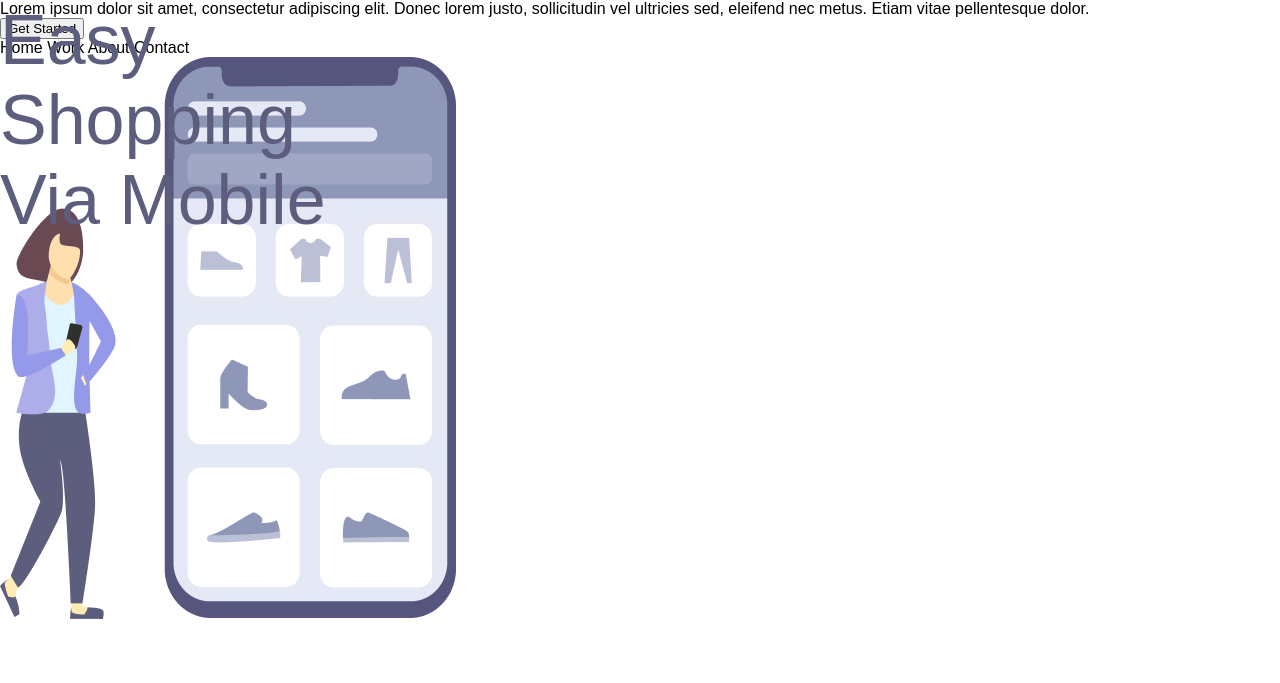
Repository: Leo-Marques-882/Projeto-Git-2
Page: index.html
These files come from the project's save history. The page is drawn as it stood at one moment and after the next save; the edit follows.
The browser window is 1280 px wide. The pictures show the whole page.

Above is the page before, as saved 2023-03-06 22:28:09.

### index.html
<!DOCTYPE html>
<html lang="pt_br">

<head>
    <meta charset="UTF-8">
    <meta http-equiv="X-UA-Compatible" content="IE=edge">
    <meta name="viewport" content="width=device-width, initial-scale=1.0">
    <link rel="stylesheet" href="styless.css">
    <link rel="preconnect" href="https://fonts.googleapis.com">
    <link rel="preconnect" href="https://fonts.gstatic.com" crossorigin>
    <title>Projeto 1</title>
</head>

<body>
    <div>
        <section>
            <h1>Easy Shopping Via Mobile</h1>
            <p>Lorem ipsum dolor sit amet, consectetur adipiscing
                elit. Donec lorem justo, sollicitudin vel ultricies sed,
                eleifend nec metus. Etiam vitae pellentesque dolor. </p>
            <button>Get Started</button>
        </section>
        <section>
            <header>
                <a>Home</a>
                <a>Work</a>
                <a>About</a>
                <a>Contact</a>
            </header>
            <img src="./img/Illustration.png" alt="girl-cellphone">
        </section>
    </div>
</body>

</html>

### styless.css
* {
    box-sizing: border-box;
    font-family: 'Oswald', sans-serif;
    margin: 0px;
}

h1 {
    width: 368px;
    height: 160px;
    font-size: 70px;
    color: #5D5D7D;
    position: absolute;
    font-weight: 400;
}

After the next save:
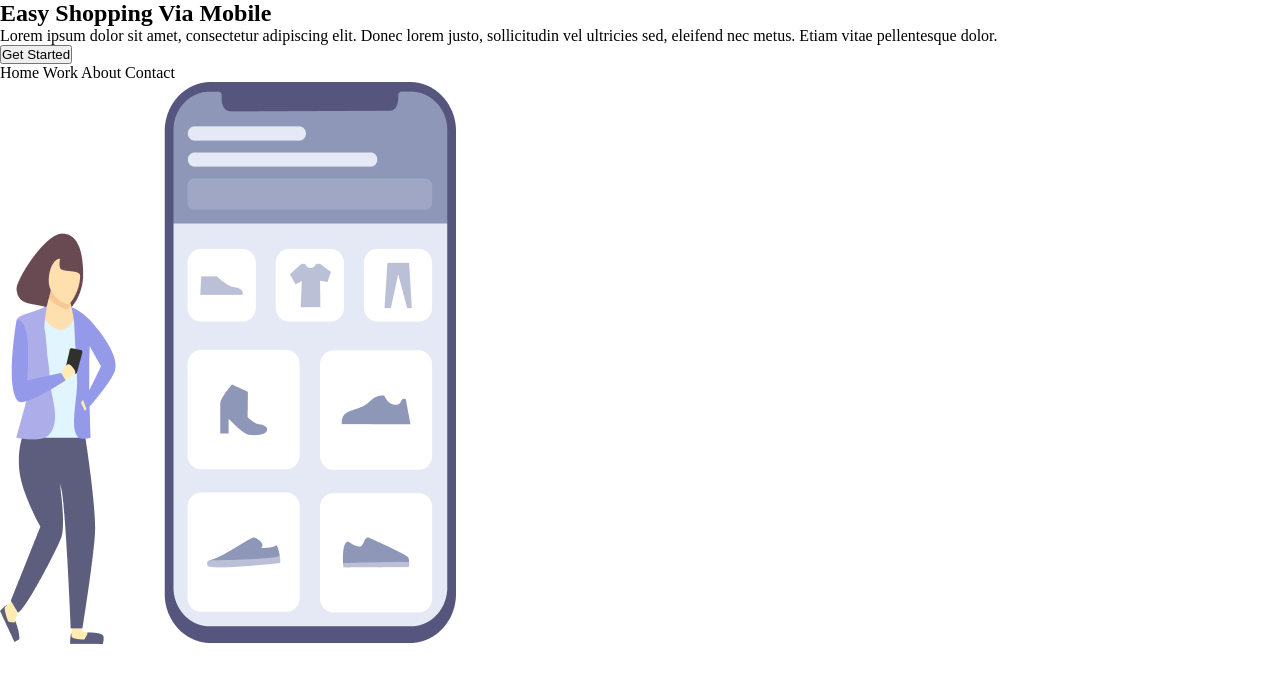
Saved 118 s later.
--- a/styless.css
+++ b/styless.css
@@ -1,14 +1,6 @@
 * {
+    margin: 0;
+    padding: 0;
     box-sizing: border-box;
-    font-family: 'Oswald', sans-serif;
-    margin: 0px;
+    font-family: 'Oswald' sans-serif;
 }
-
-h1 {
-    width: 368px;
-    height: 160px;
-    font-size: 70px;
-    color: #5D5D7D;
-    position: absolute;
-    font-weight: 400;
-}
